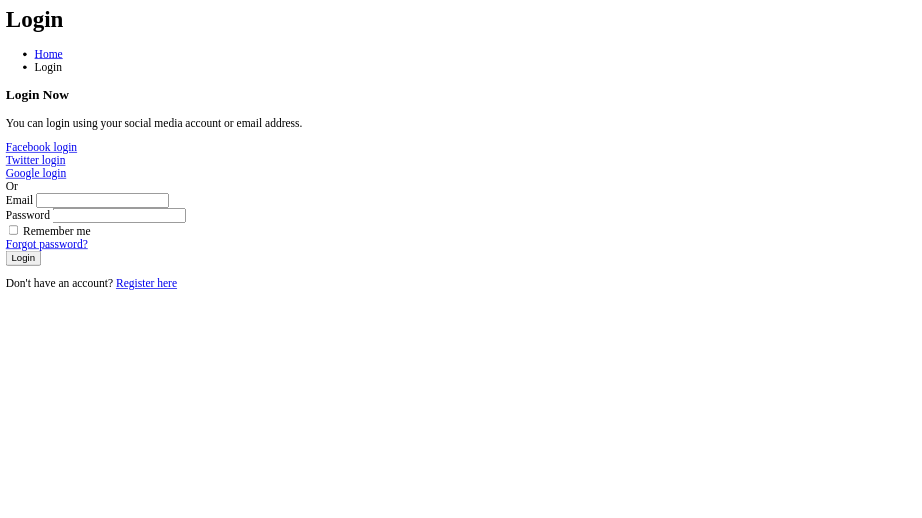
Repository: tuankiet10920/shopgrids
Page: http://localhost/login
An editor plug-in stored every save of this project. The page is shown before and after the next save, followed by the edit.
The browser window is 1280 px wide. The pictures show the whole page, at 72% of full size.
The page is served by the project's Laravel application, run on PHP 8.4 with Laravel 12.

Above is the page before, as saved 2025-03-17 15:30:03.

After the next save:
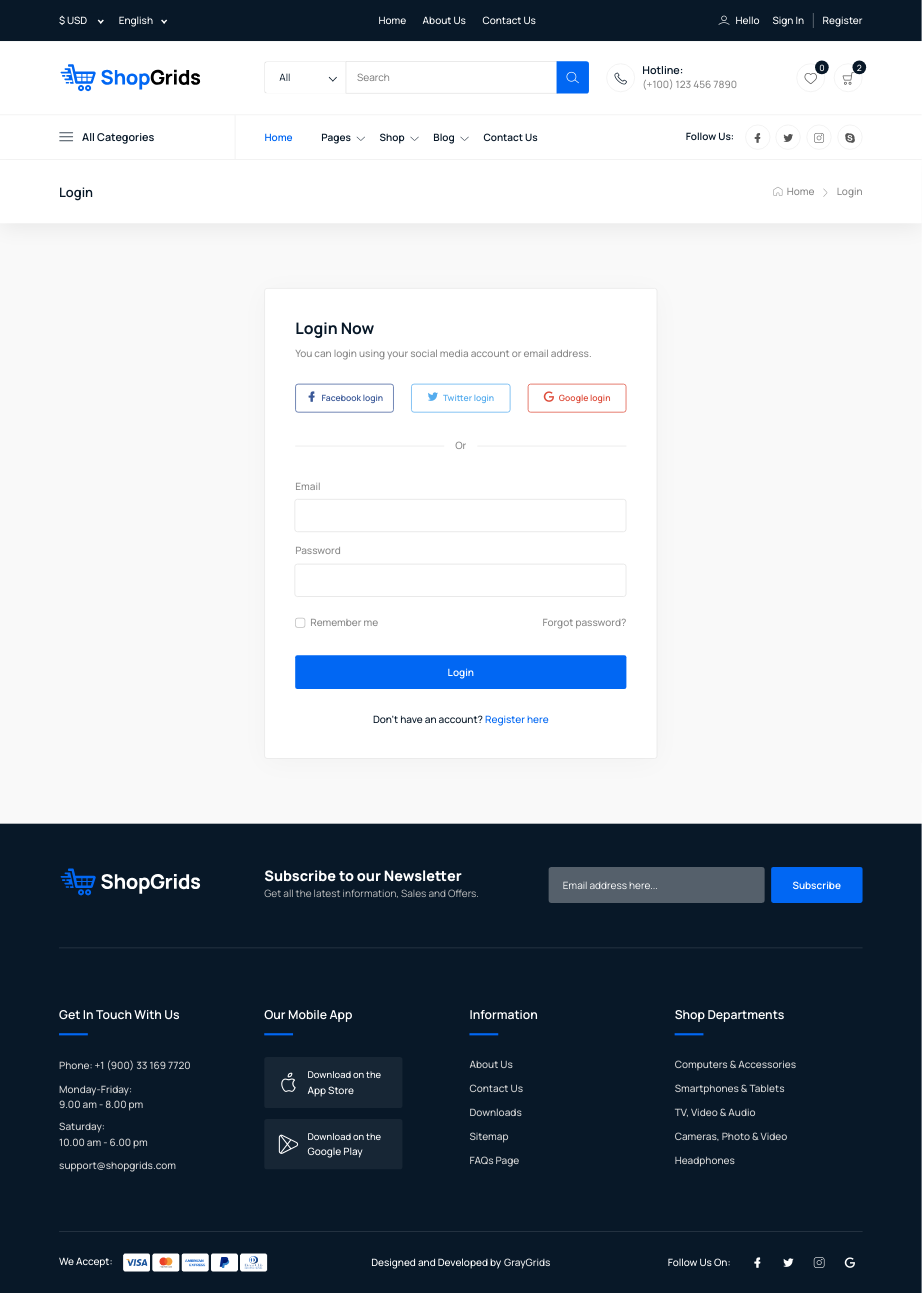
Console error: TypeError: Cannot read properties of undefined (reading 'length')
Saved 80 s later.
--- a/resources/views/user/login.blade.php
+++ b/resources/views/user/login.blade.php
@@ -1,5 +1,8 @@
-
-
+@extends('template.user')
+@section('title')
+Login
+@endsection
+@section('body')
     <!-- Start Breadcrumbs -->
     <div class="breadcrumbs">
         <div class="container">
@@ -74,3 +77,4 @@
         </div>
     </div>
     <!-- End Account Login Area -->
+@endsection
